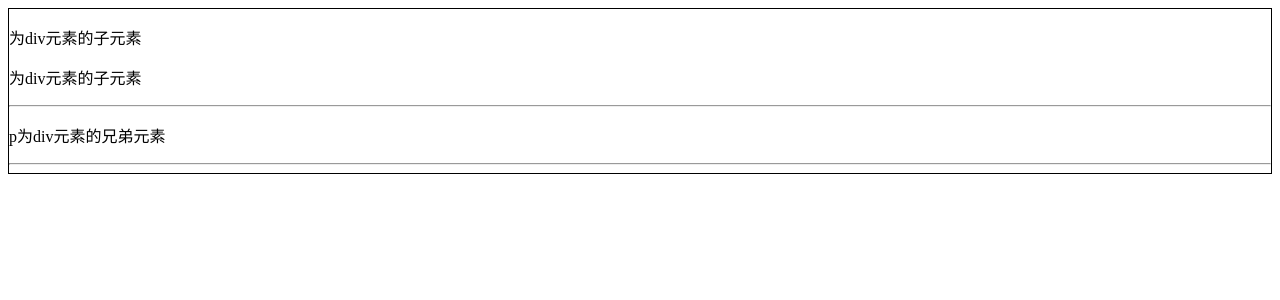
Repository: zdsherlock/HtmlCssLearn
Page: CSS/test-attSelect/index6.html
An editor plug-in stored every save of this project. The page is shown before and after the next save, followed by the edit.
The browser window is 1280 px wide. The pictures show the whole page.

Above is the page before, as saved 2021-05-07 20:50:47.

### CSS/test-attSelect/index6.html
<!DOCTYPE html>
<html lang="en">
<head>
    <meta charset="UTF-8">
    <meta http-equiv="X-UA-Compatible" content="IE=edge">
    <meta name="viewport" content="width=device-width, initial-scale=1.0">
    <title>通用兄弟元素选择器 E-F</title>
    <style>
        .container {
            border: 1px solid black;
        }

    </style>
</head>
<body>
    <div class="container">
        <div>
            <p>为div元素的子元素</p>
            <p>为div元素的子元素</p>
        </div>
        <hr />
        <p>p为div元素的兄弟元素</p>
        <hr />
    </div>
</body>
</html>

After the next save:
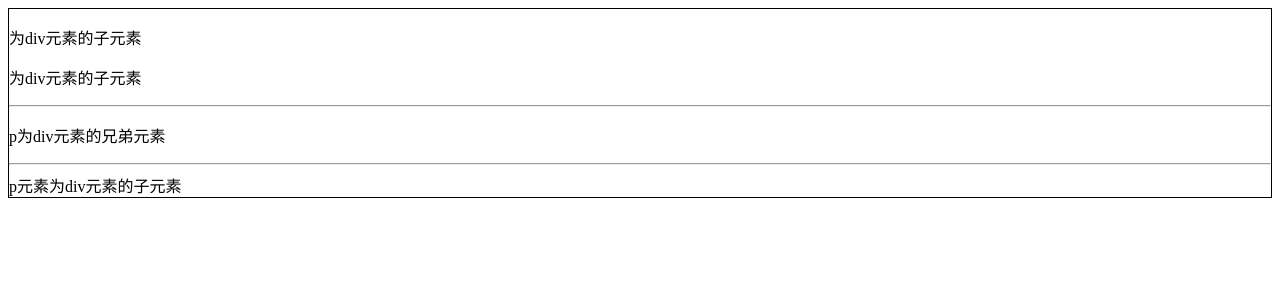
Saved 28 s later.
--- a/CSS/test-attSelect/index6.html
+++ b/CSS/test-attSelect/index6.html
@@ -21,6 +21,7 @@
         <hr />
         <p>p为div元素的兄弟元素</p>
         <hr />
+        <div>p元素为div元素的子元素</div>
     </div>
 </body>
 </html>
